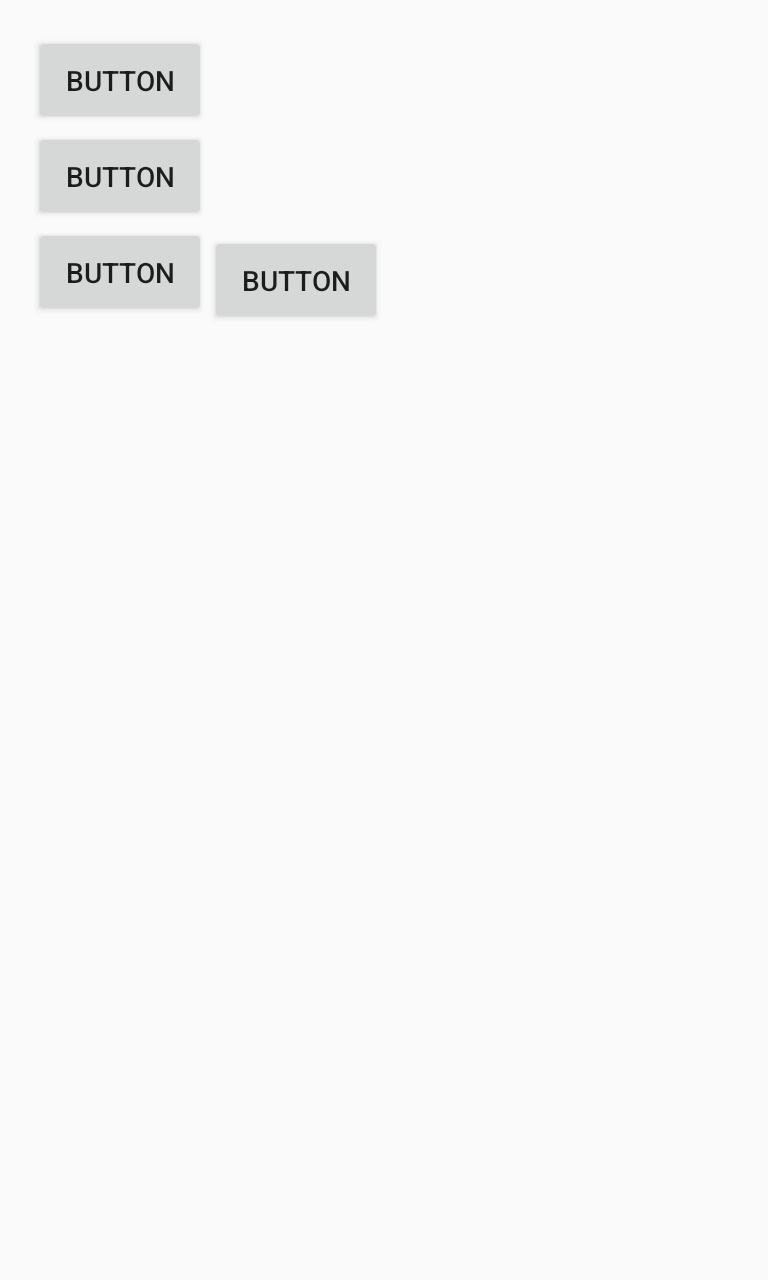
Repository: HarithaAmmuHari/Project
Layout: Relative/res/layout/activity_main.xml
The author's editor kept a copy of each file at every save. The layout is drawn from the files as they stood at one save, then again after the next save.
It is drawn on a 768 x 1280 px phone screen (xhdpi) without system bars, with theme AppTheme; the app's code is not run.

Above is the layout before, as saved 2015-01-21 09:51:07.

### Relative/res/layout/activity_main.xml
<RelativeLayout xmlns:android="http://schemas.android.com/apk/res/android"
    xmlns:tools="http://schemas.android.com/tools"
    android:layout_width="match_parent"
    android:layout_height="match_parent"
    android:paddingBottom="@dimen/activity_vertical_margin"
    android:paddingLeft="@dimen/activity_horizontal_margin"
    android:paddingRight="@dimen/activity_horizontal_margin"
    android:paddingTop="@dimen/activity_vertical_margin"
    tools:context="com.example.relative.MainActivity" >

    <Button
        android:id="@+id/button1"
        android:layout_width="wrap_content"
        android:layout_height="wrap_content"
        android:layout_alignParentLeft="true"

        android:text="Button" />

    <Button
        android:id="@+id/button2"
        android:layout_width="wrap_content"
        android:layout_height="wrap_content"
        android:layout_below="@+id/button1"
        android:text="Button" />

    <Button
        android:id="@+id/button3"
        android:layout_width="wrap_content"
        android:layout_height="wrap_content"
        android:layout_below="@+id/button2"
        android:text="Button" />

    <Button
        android:id="@+id/button4"
        android:layout_width="wrap_content"
        android:layout_height="wrap_content"
        android:layout_marginTop="100dp"
        android:layout_toRightOf="@+id/button3"
        android:text="Button" />

</RelativeLayout>

Loaded but not shown: Relative/res/values/styles.xml (common file); Relative/res/values-v11/styles.xml (common file); Relative/res/values-v14/styles.xml (common file); Relative/res/values/dimens.xml (common file); Relative/res/values-w820dp/dimens.xml (common file)

After the next save:
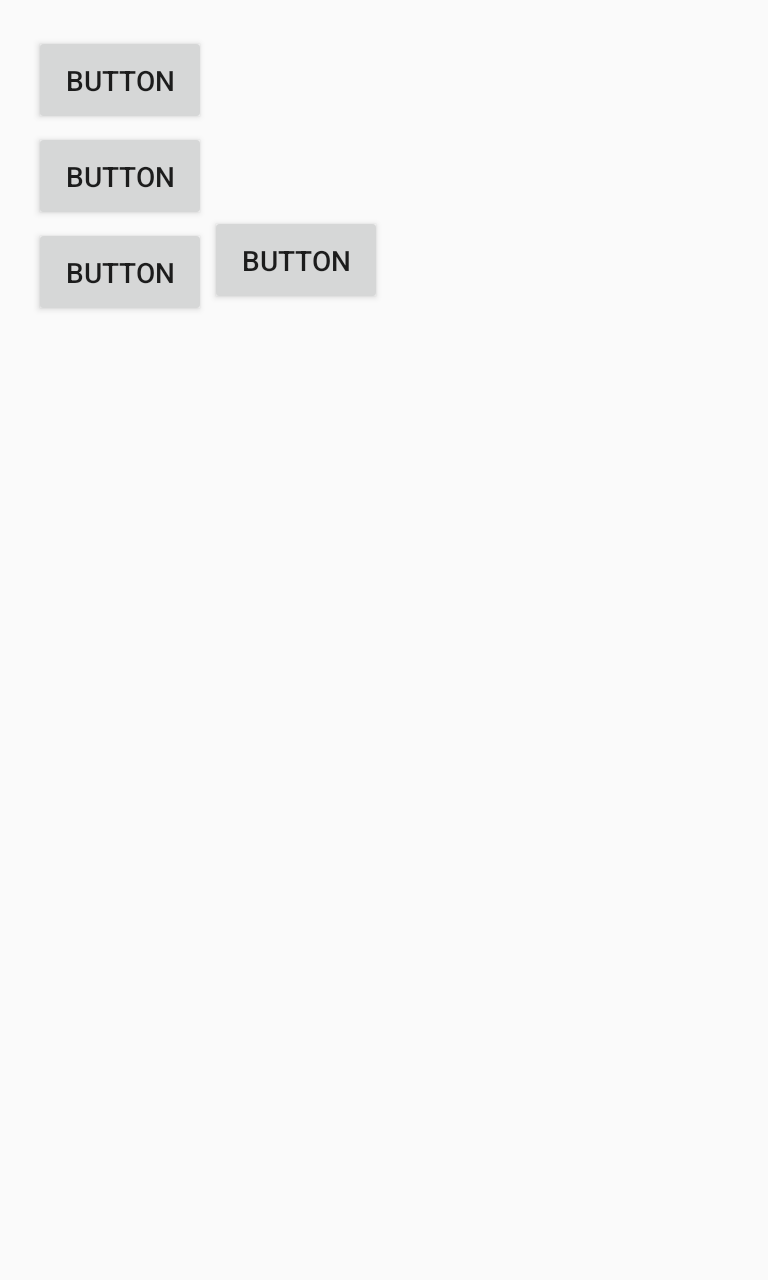
Saved 17 s later.
--- a/Relative/res/layout/activity_main.xml
+++ b/Relative/res/layout/activity_main.xml
@@ -34,7 +34,7 @@
         android:id="@+id/button4"
         android:layout_width="wrap_content"
         android:layout_height="wrap_content"
-        android:layout_marginTop="100dp"
+        android:layout_marginTop="90dp"
         android:layout_toRightOf="@+id/button3"
         android:text="Button" />
 
